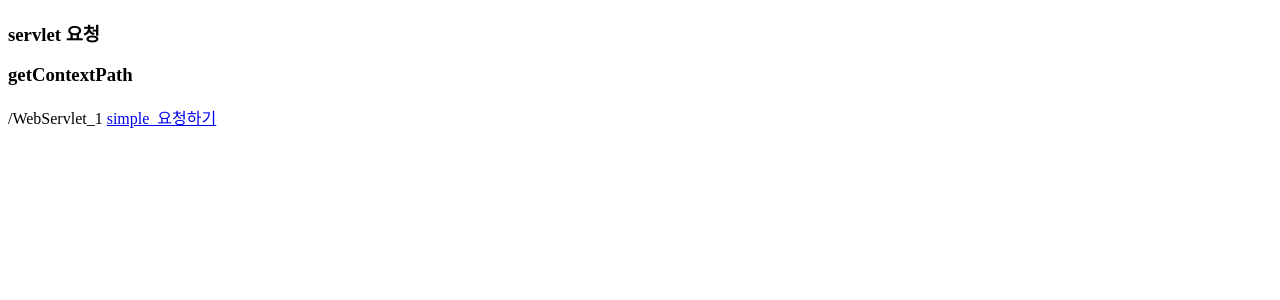
Repository: 71summernight/JavaScript_Jquery
Page: http://localhost/WebServlet_1/
The author's editor kept a copy of each file at every save. The page is drawn from the files as they stood at one save, then again after the next save.
The browser window is 1280 px wide. The pictures show the whole page.
The page is served by Tomcat 9.

Above is the page before, as saved 2021-04-01 02:26:27.

After the next save:
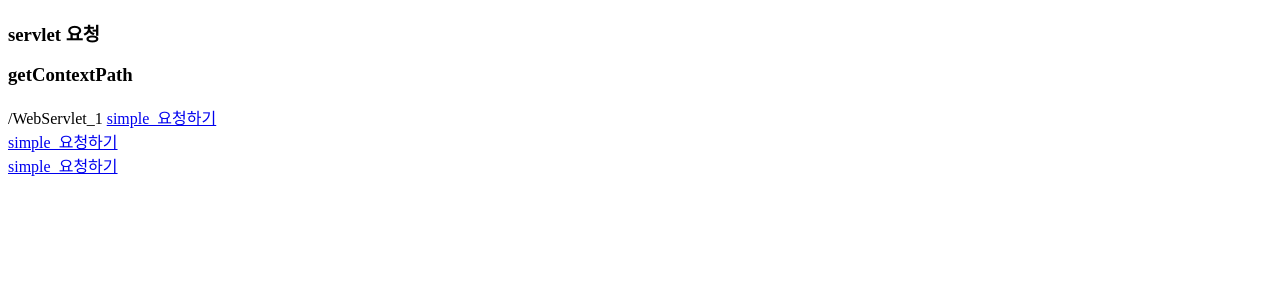
Saved 57 s later.
--- a/WebServlet_1/WebContent/default.jsp
+++ b/WebServlet_1/WebContent/default.jsp
@@ -11,5 +11,11 @@
 <h3>getContextPath</h3>
 <%=request.getContextPath() %>
 <a href="<%=request.getContextPath() %>/simple">simple_요청하기</a>
+<br>
+<a href="<%=request.getContextPath() %>/simple">simple_요청하기</a>
+<br>
+<a href="<%=request.getContextPath() %>/simple">simple_요청하기</a>
+
+
 </body>
 </html>
